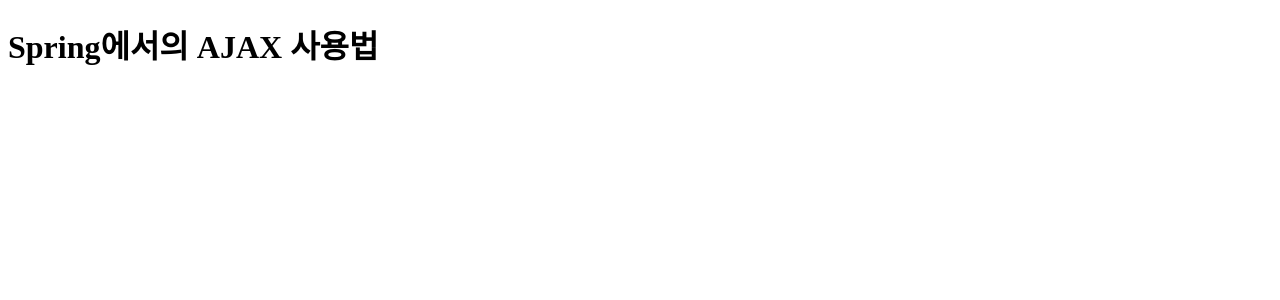
Repository: 1400CP/08_spring-workspace
Page: http://localhost/ajaxProject/
The author's editor kept a copy of each file at every save. The page is drawn from the files as they stood at one save, then again after the next save.
The browser window is 1280 px wide. The pictures show the whole page.
The page is served by Tomcat 9. Other server files are loaded and not shown.

Above is the page before, as saved 2025-04-18 00:15:52.

### ajaxProject/src/main/webapp/index.jsp
<%@ page language="java" contentType="text/html; charset=UTF-8"
    pageEncoding="UTF-8"%>
<%@ taglib prefix="c" uri="http://java.sun.com/jsp/jstl/core" %>
<!DOCTYPE html>
<html>
<head>
<meta charset="UTF-8">
<title>Insert title here</title>
</head>
<body>
	<h1>Spring에서의 AJAX 사용법</h1>

</body>
</html>

After the next save:
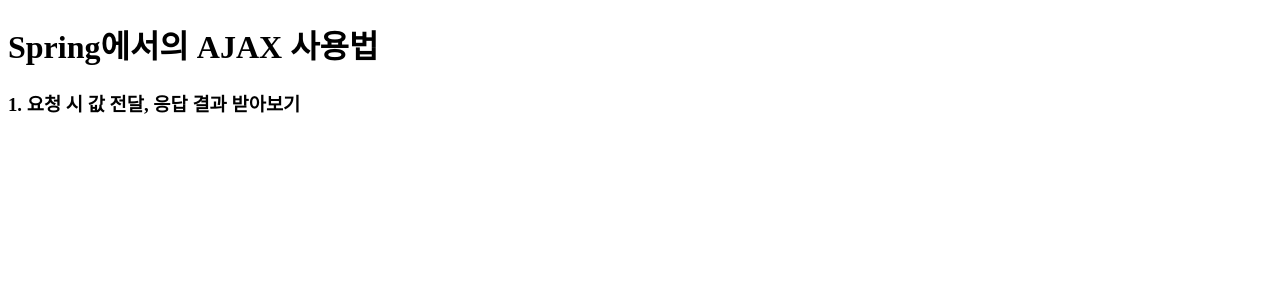
Saved 18 s later.
--- a/ajaxProject/src/main/webapp/index.jsp
+++ b/ajaxProject/src/main/webapp/index.jsp
@@ -10,5 +10,7 @@
 <body>
 	<h1>Spring에서의 AJAX 사용법</h1>
 
+	<h3>1. 요청 시 값 전달, 응답 결과 받아보기</h3>
+
 </body>
 </html>
